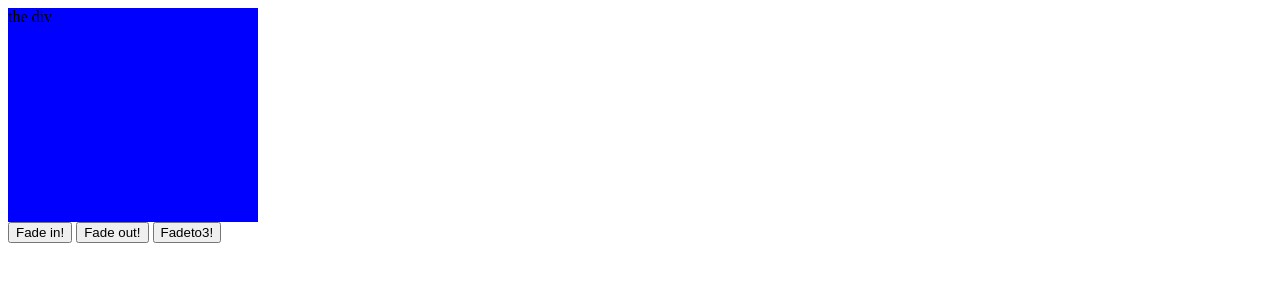
Repository: PoojaShirwaikar/BlockhainTest
Page: javascript/JQueryDemo/WebContent/DEMO3.html
These files come from the project's save history. The page is drawn as it stood at one moment and after the next save; the edit follows.
The browser window is 1280 px wide. The pictures show the whole page.
After loading, the first visible `#Fadeion` was clicked once.
Some web libraries are served in a nearby version.

Above is the page before, as saved 2017-11-13 09:04:53.

### javascript/JQueryDemo/WebContent/DEMO3.html
<!DOCTYPE html>
<html>
<head>
<meta charset="ISO-8859-1">
<title>Insert title here</title>
<style>
div {
	width: 250px;
	height: 190px;
	background-color: blue;
}
</style>
<script src="https://code.jquery.com/jquery-3.2.1.js"></script>
<script src="https://code.jquery.com/ui/1.12.1/jquery-ui.js"></script>
<script>
	$(function() {
		$("#Fadeion").click(function() {
			$("#thediv").slideUp(2000, "easeInElastic");
		})

		$("#Fadeout").click(function() {
			$("#thediv").slideDown(2000, "easeOutBounce");
		})

		$("#Fadeto3").click(function() {
			$("#thediv").slideToggle();
		})
	});
</script>


</head>
<body>
	<div id="thediv">the div</div>
	<button id="Fadeion">Fade in!</button>
	<button id="Fadeout">Fade out!</button>
	<button id="Fadeto3">Fadeto3!</button>

</body>
</html>

After the next save:
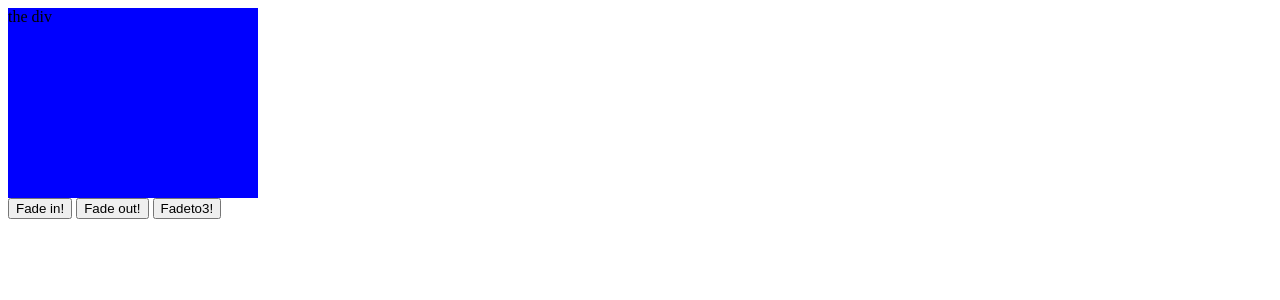
Saved 42 s later.
--- a/javascript/JQueryDemo/WebContent/DEMO3.html
+++ b/javascript/JQueryDemo/WebContent/DEMO3.html
@@ -15,7 +15,7 @@ div {
 <script>
 	$(function() {
 		$("#Fadeion").click(function() {
-			$("#thediv").slideUp(2000, "easeInElastic");
+			$("#thediv").fadeIn(2000, "easeInElastic");
 		})
 
 		$("#Fadeout").click(function() {
